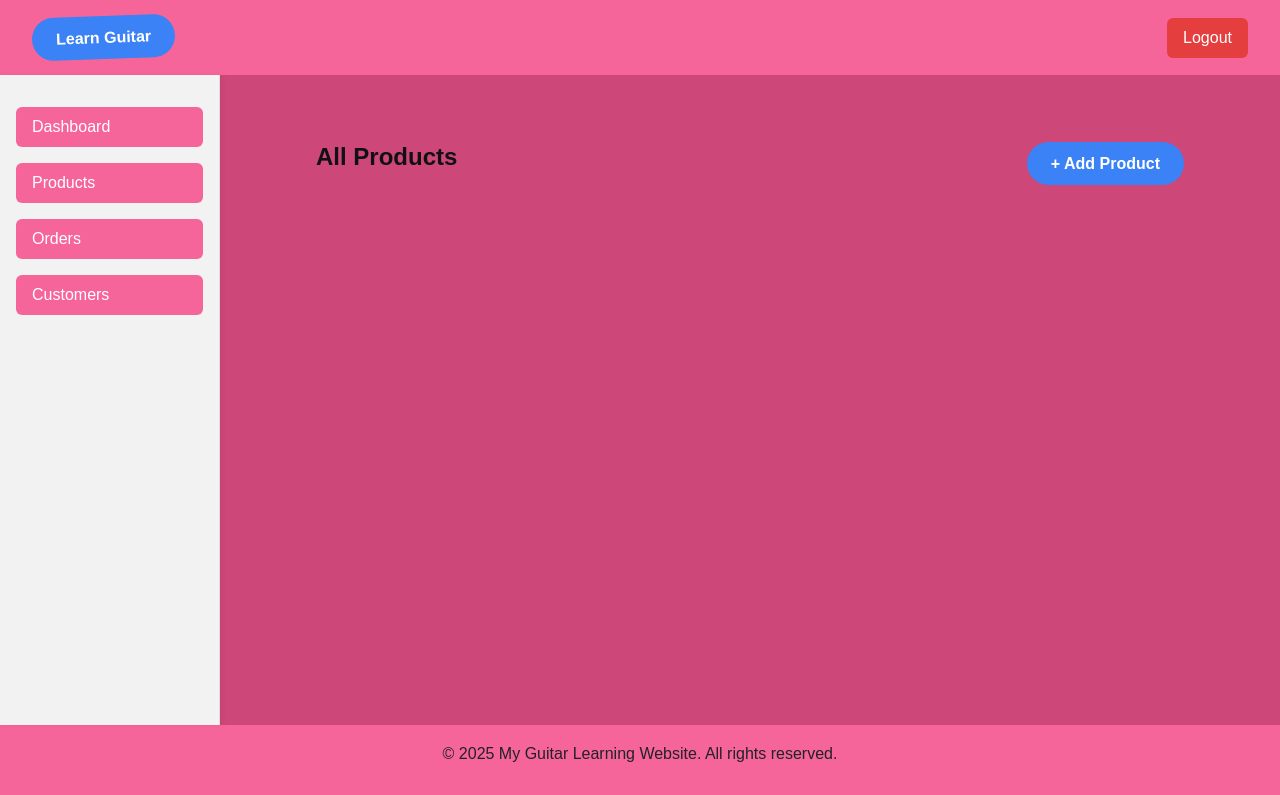
Repository: rywkoo/LearnGuitar
Page: templates/admin/product.html
An editor plug-in stored every save of this project. The page is shown before and after the next save, followed by the edit.
The browser window is 1280 px wide. The pictures show the whole page.
The page is served by the project's application, run on Flask 3 (app.py). The template is opened directly, without the code that normally fills it, so the values that code supplies are empty.

Above is the page before, as saved 2025-08-25 21:42:18.

After the next save:
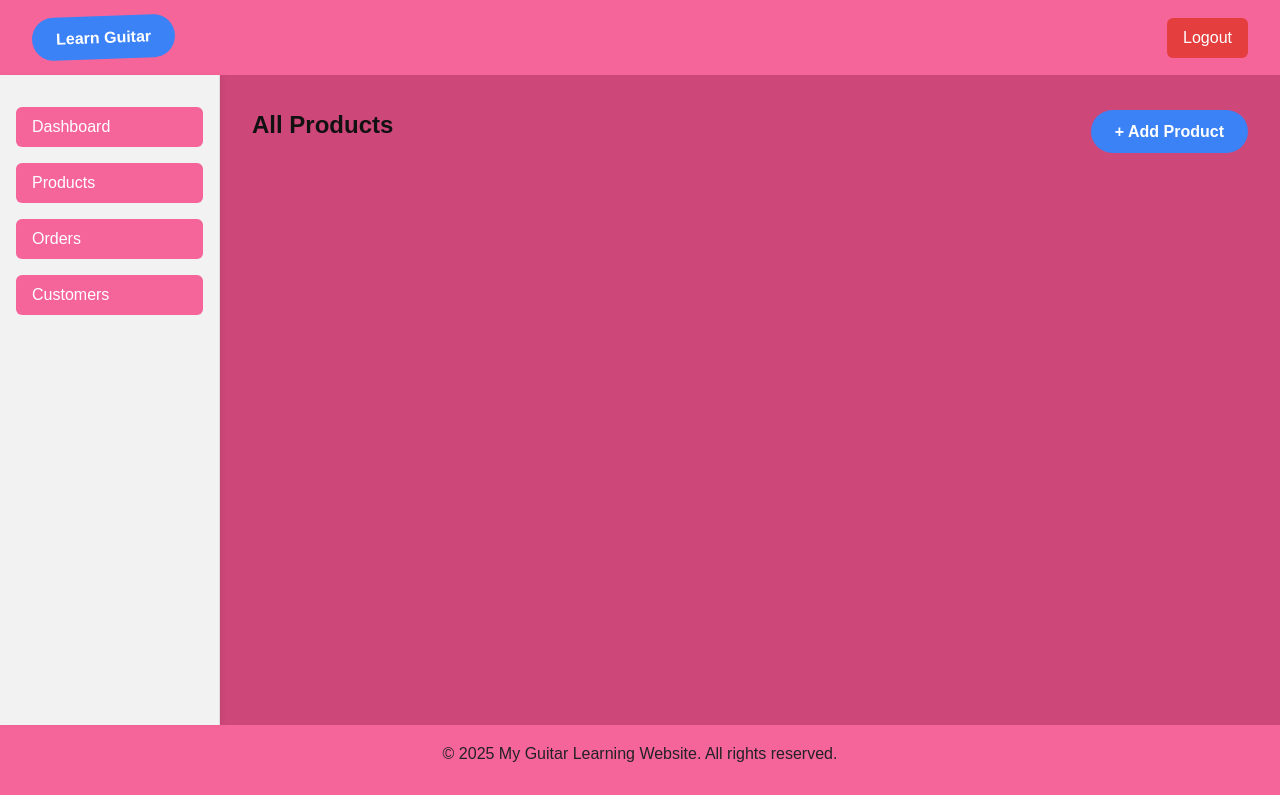
Saved 41 s later.
--- a/templates/admin/product.html
+++ b/templates/admin/product.html
@@ -3,7 +3,6 @@
 {% block title %}Admin Products{% endblock %}
 
 {% block main_content %}
-<div style="max-width: 900px; margin: 2rem auto; padding: 0 1rem;">
 
   <!-- Page Header -->
   <div style="display: flex; justify-content: space-between; align-items: center; margin-bottom: 2rem;">
@@ -59,7 +58,6 @@
   </div>
   {% endfor %}
 
-</div>
 
 <!-- Delete Confirmation Modal -->
 <div id="deleteModal" style="
